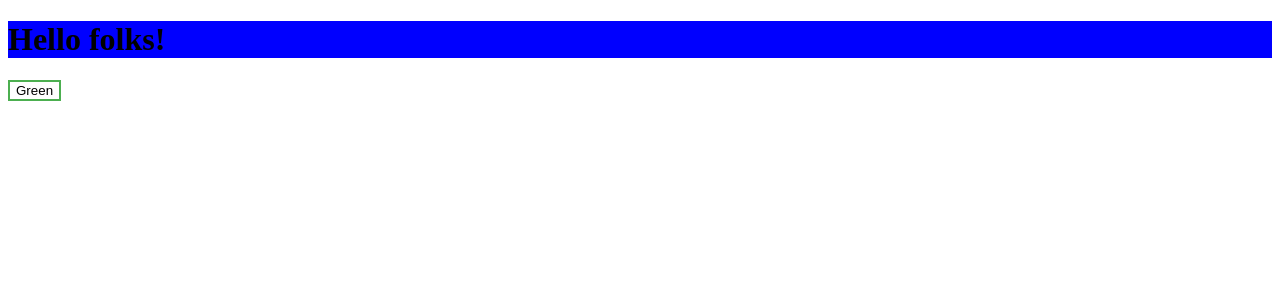
Repository: aakriti-tech/GlobalLogic
Page: Akki/WebContent/index.html
The author's editor kept a copy of each file at every save. The page is drawn from the files as they stood at one save, then again after the next save.
The browser window is 1280 px wide. The pictures show the whole page.

Above is the page before, as saved 2022-08-01 05:44:31.

After the next save:
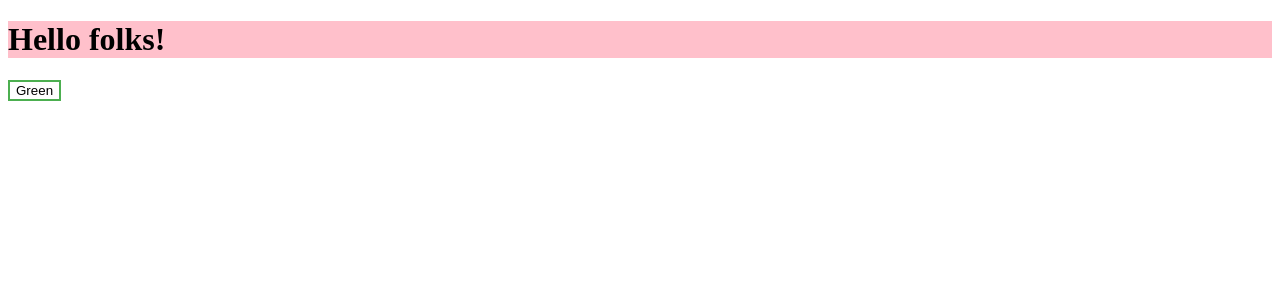
Saved 26 s later.
--- a/Akki/WebContent/index.html
+++ b/Akki/WebContent/index.html
@@ -17,7 +17,7 @@
 </head>
 <body>
 
-<h1 style="background-color: blue">Hello folks!</h1>
+<h1 style="background-color: pink">Hello folks!</h1>
 <button class="button button1">Green</button>
 
 </body>
